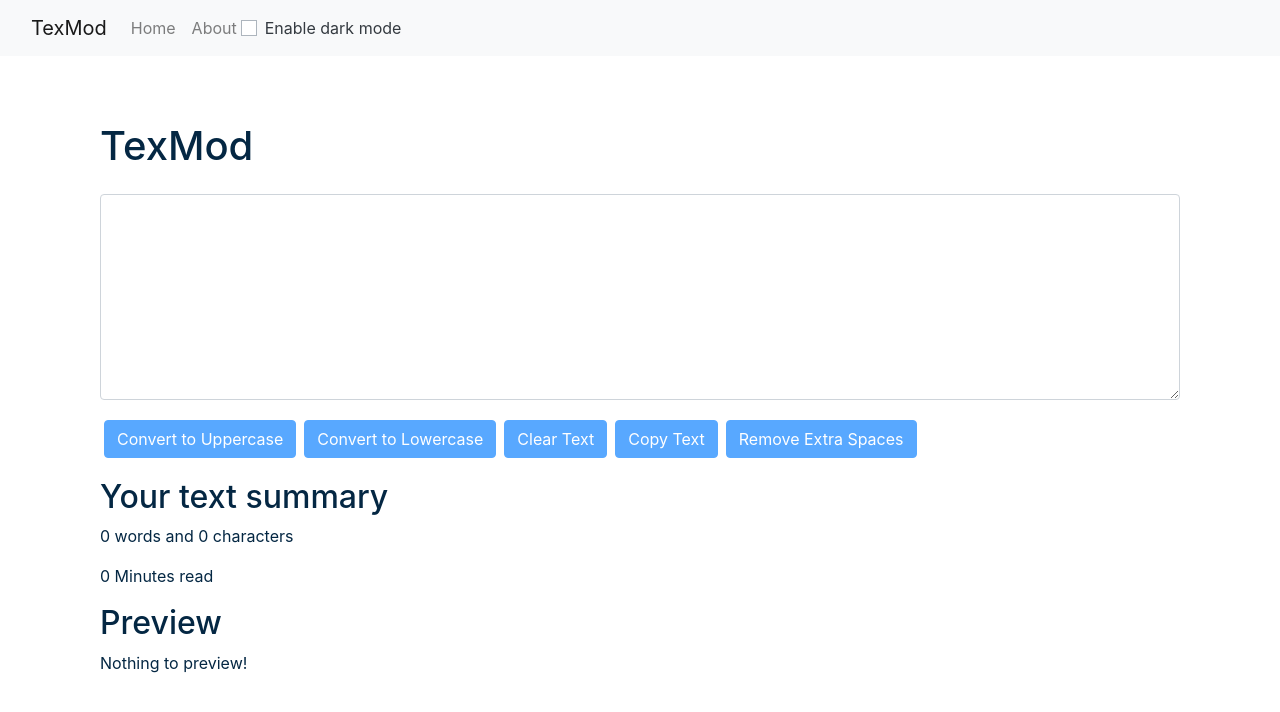
Repository: Ayush-dixit-15/TexMod
Page: /
An editor plug-in stored every save of this project. The page is shown before and after the next save, followed by the edit.
The browser window is 1280 px wide. The pictures show the whole page.
The project was rebuilt for these pictures with package versions that can differ from the ones it lists, and the page was loaded fresh each time. Also part of the build but not shown: src/index.css, src/App.css, src/components/About.js.

Above is the page before, as saved 2022-06-28 15:14:05.

After the next save:
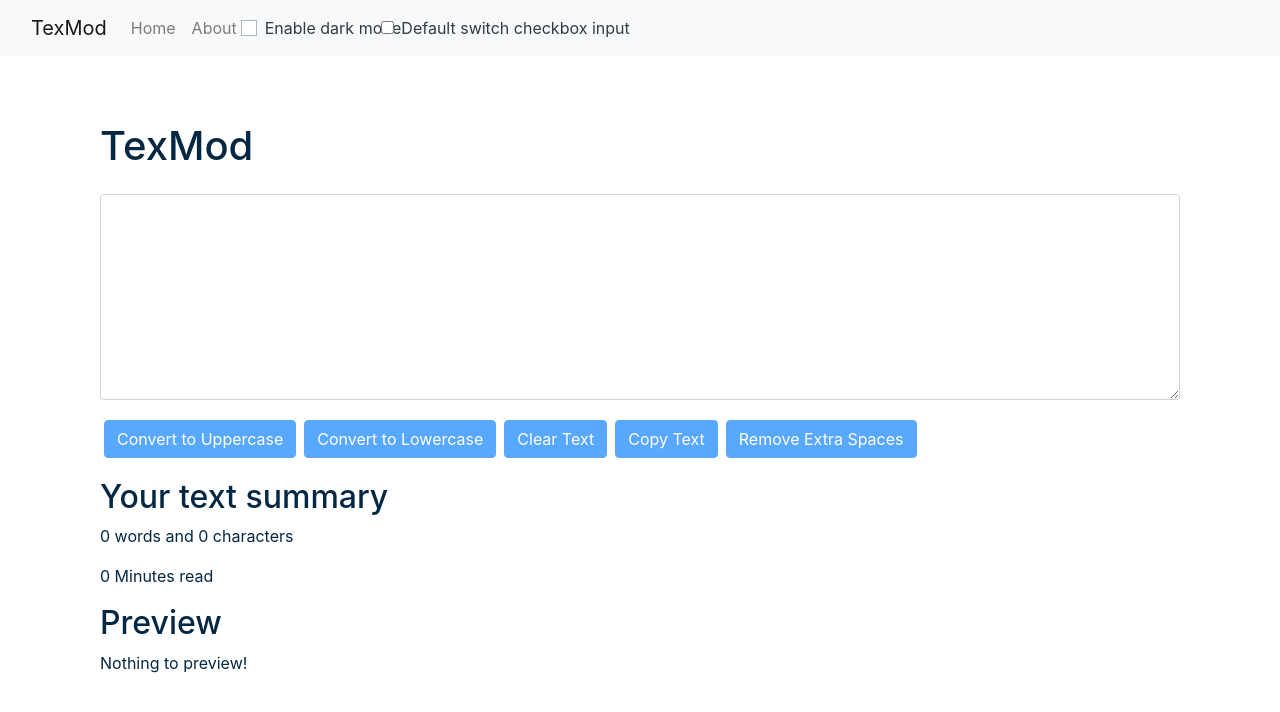
Saved 41 s later.
--- a/src/components/Navbar.js
+++ b/src/components/Navbar.js
@@ -49,6 +49,8 @@
             <label class="custom-control-label" for="customSwitch1">
               Enable dark mode
             </label>
+            <input class="form-check-input" type="checkbox" role="switch" id="flexSwitchCheckDefault"/>
+  <label class="form-check-label" for="flexSwitchCheckDefault">Default switch checkbox input</label>
           </div>
         </div>
       </div>

After the save that followed:
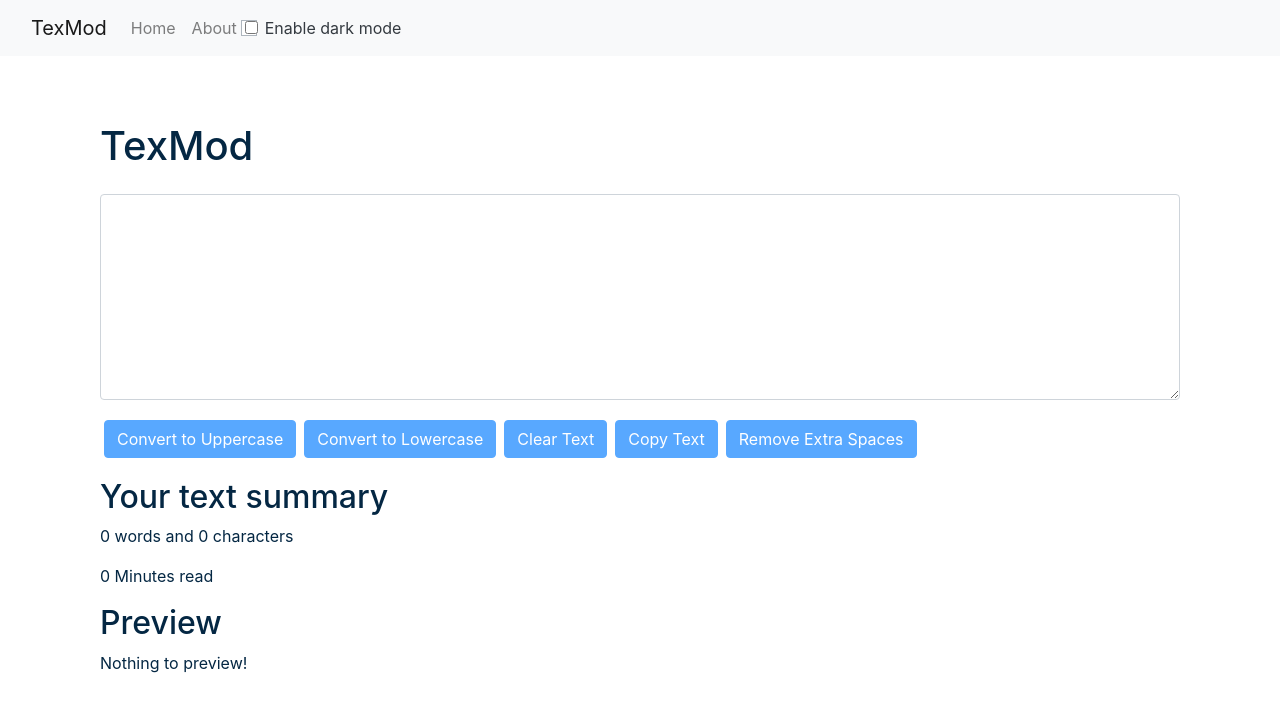
Saved 43 s later.
--- a/src/components/Navbar.js
+++ b/src/components/Navbar.js
@@ -42,15 +42,15 @@
           >
             <input
               type="checkbox"
-              onClick={props.toggleMode}
+
               class="custom-control-input"
               id="customSwitch1"
             />
             <label class="custom-control-label" for="customSwitch1">
-              Enable dark mode
+
             </label>
-            <input class="form-check-input" type="checkbox" role="switch" id="flexSwitchCheckDefault"/>
-  <label class="form-check-label" for="flexSwitchCheckDefault">Default switch checkbox input</label>
+            <input class="form-check-input"   onClick={props.toggleMode} type="checkbox" role="switch" id="flexSwitchCheckDefault"/>
+  <label class="form-check-label" for="flexSwitchCheckDefault">  Enable dark mode</label>
           </div>
         </div>
       </div>
